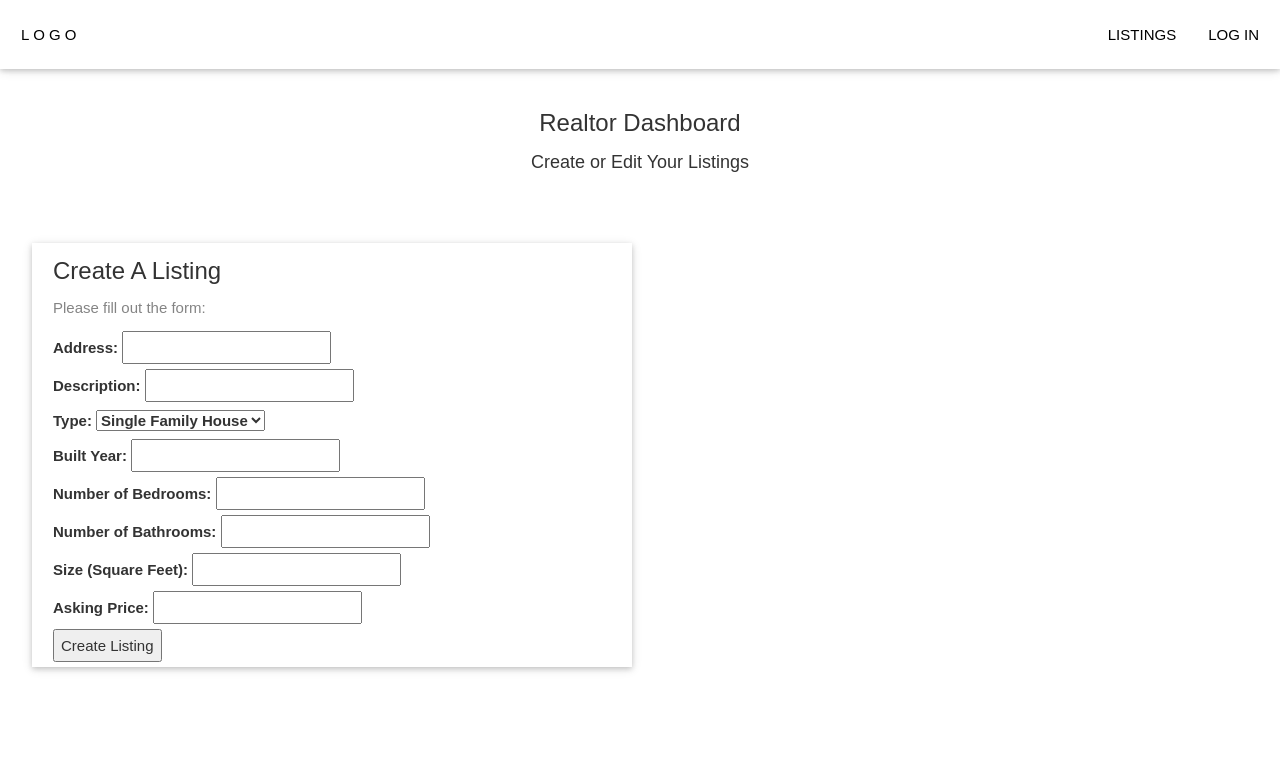
Repository: rickytorrez/test
Page: http://localhost/dcHome/WEB-INF/realtor.jsp
An editor plug-in stored every save of this project. The page is shown before and after the next save, followed by the edit.
The browser window is 1280 px wide. The pictures show the whole page.
Some web fonts or font styles are not loaded; a fallback is used. The page is served by Tomcat 9. Nobody is signed in. The template is opened directly, without the code that normally fills it, so the values that code supplies are empty.

Above is the page before, as saved 2018-06-04 15:54:25.

After the next save:
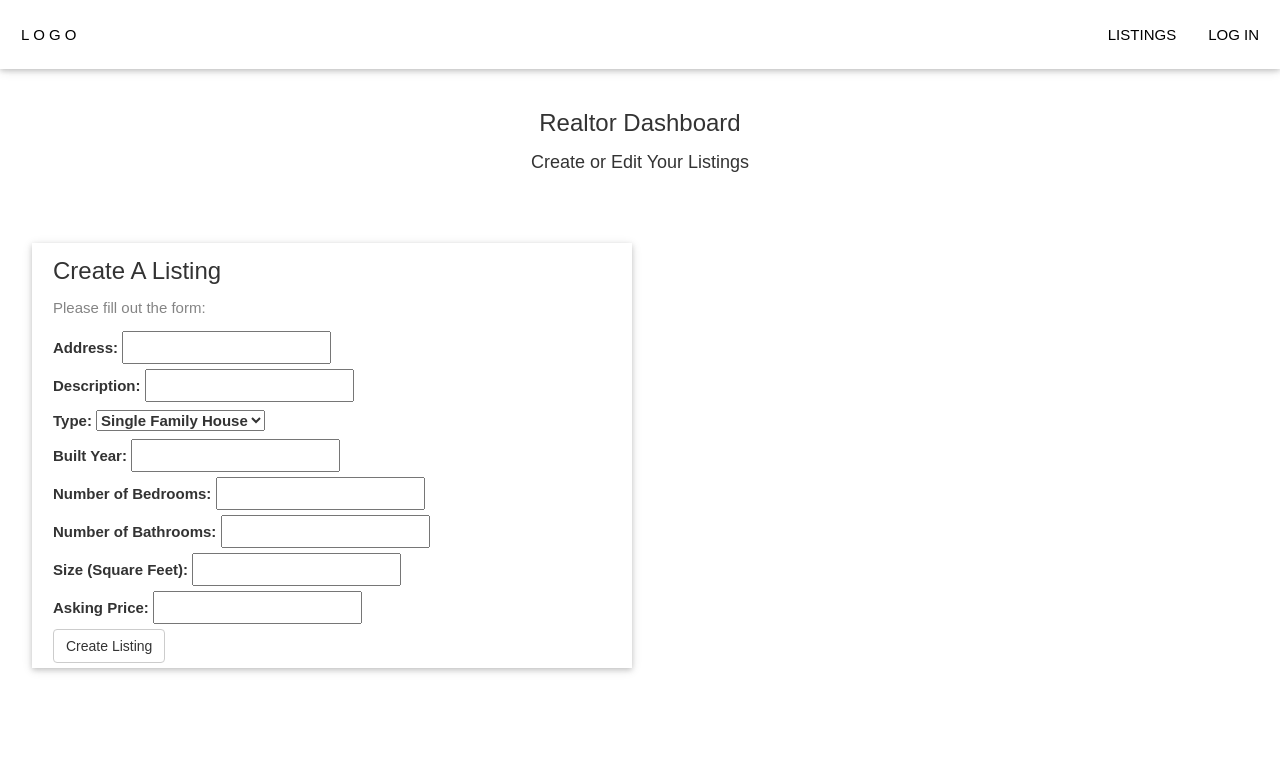
Saved 13 s later.
--- a/dcHome/src/main/webapp/WEB-INF/realtor.jsp
+++ b/dcHome/src/main/webapp/WEB-INF/realtor.jsp
@@ -117,7 +117,7 @@
 										<form:input type="number" path="cost"></form:input>
 										<form:errors path="cost"/>
 									</form:label><br>
-									<input type="submit" value="Create Listing"/>
+									<input type="submit" value="Create Listing" class="btn btn-default"/>
 								</form:form>
                         	</div>
                     	</div>
